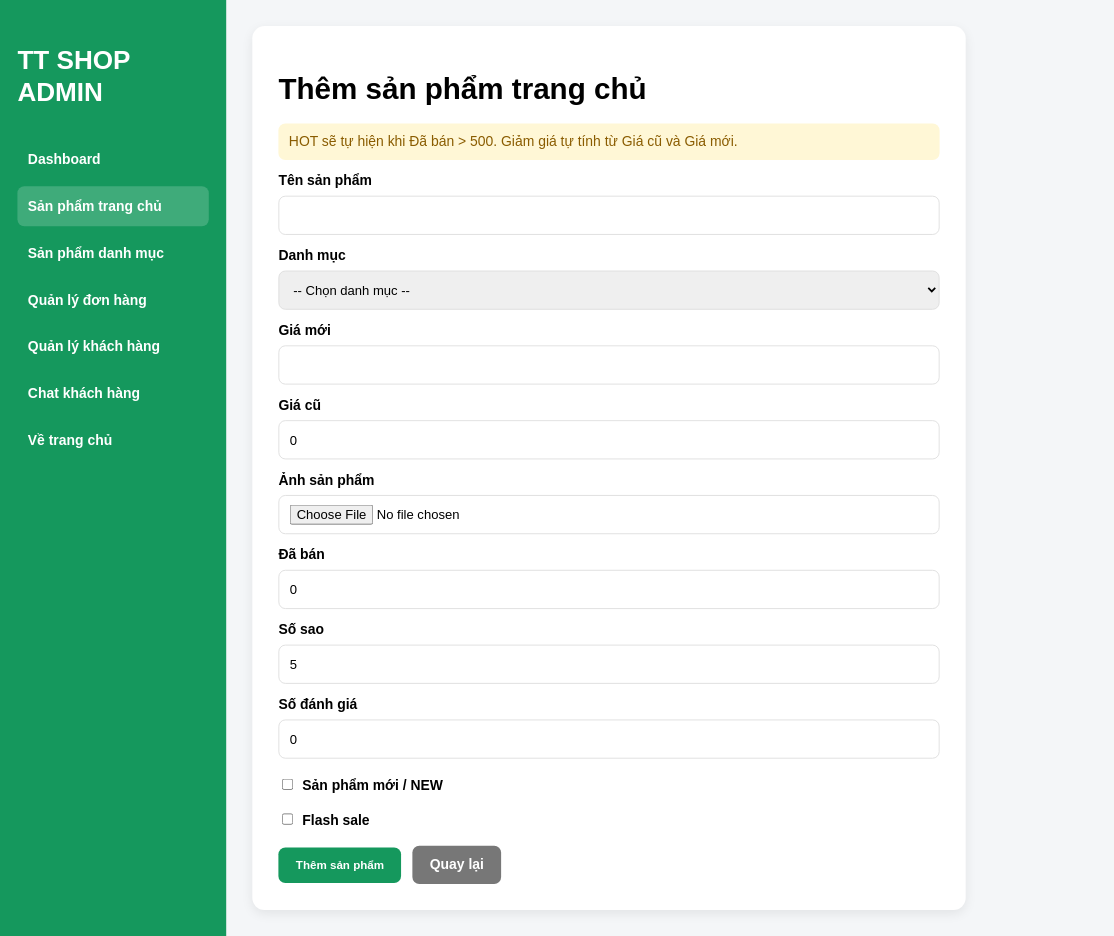
Repository: chuthimytam9a1920-ai/TTSHOP
Page: http://localhost/admin/add_product.php
The author's editor kept a copy of each file at every save. The page is drawn from the files as they stood at one save, then again after the next save.
The browser window is 1280 px wide. The pictures show the whole page, at 87% of full size.
The page is run by PHP 8.4 with error messages shown; the project is at /var/www/html/. The session is filled in as if someone had signed in: {"admin_login": true, "admin_id": 1, "admin_name": 1}. Other server files are loaded and not shown.

Above is the page before, as saved 2026-05-18 23:18:34.

### admin/add_product.php
<?php
include "check_admin.php";
include "../connect.php";

$error = "";

$cats = [
    'top-sale' => 'TOP SALE',
    'vpp' => 'Văn phòng phẩm',
    'vo-ghi' => 'Vở ghi - sổ tay',
    'but-viet' => 'Bút viết',
    'dung-cu' => 'Dụng cụ học tập',
    'balo' => 'Ba lô - Cặp sách',
    'may-tinh' => 'Máy tính cầm tay'
];

if ($_SERVER['REQUEST_METHOD'] === 'POST') {
    $name = trim($_POST['name'] ?? '');
    $category_id = trim($_POST['category_id'] ?? '');
    $price = (int)($_POST['price'] ?? 0);
    $old_price = (int)($_POST['old_price'] ?? 0);
    $sold_count = (int)($_POST['sold_count'] ?? 0);
    $star_count = (int)($_POST['star_count'] ?? 5);
    $review_count = (int)($_POST['review_count'] ?? 0);

    $is_flash_sale = isset($_POST['is_flash_sale']) ? 1 : 0;
    $is_new = isset($_POST['is_new']) ? 1 : 0;

    $imageName = "";

    if (!empty($_FILES['image']['name'])) {
        $imageName = time() . "_" . basename($_FILES['image']['name']);
        $target = "../images/" . $imageName;

        if (!move_uploaded_file($_FILES['image']['tmp_name'], $target)) {
            $error = "Lỗi tải ảnh lên.";
        }
    }

    if ($name === '' || $category_id === '' || $price <= 0 || $imageName === '') {
        $error = "Vui lòng nhập đầy đủ thông tin.";
    }

    if ($error === "") {
        $sql = "INSERT INTO products
                (name, category_id, price, old_price, image, sold_count, star_count, review_count, is_flash_sale, is_new)
                VALUES (?, ?, ?, ?, ?, ?, ?, ?, ?, ?)";

        $stmt = mysqli_prepare($conn, $sql);

        mysqli_stmt_bind_param(
            $stmt,
            "ssiisiiiii",
            $name,
            $category_id,
            $price,
            $old_price,
            $imageName,
            $sold_count,
            $star_count,
            $review_count,
            $is_flash_sale,
            $is_new
        );

        if (mysqli_stmt_execute($stmt)) {
            header("Location: products.php");
            exit();
        } else {
            $error = "Lỗi thêm sản phẩm: " . mysqli_error($conn);
        }
    }
}
?>

<!DOCTYPE html>
<html lang="vi">
<head>
    <meta charset="UTF-8">
    <title>Thêm sản phẩm trang chủ</title>

    <style>
        *{
            box-sizing:border-box;
        }

        body{
            margin:0;
            font-family:Arial;
            background:#f4f6f8;
        }

        .layout{
            display:grid;
            grid-template-columns:260px 1fr;
            min-height:100vh;
        }

        .sidebar{
            background:#15985d;
            color:white;
            padding:25px 20px;
        }

        .sidebar h2{
            font-size:30px;
            margin-bottom:35px;
            line-height:1.25;
        }

        .sidebar a{
            display:block;
            color:white;
            text-decoration:none;
            padding:14px 12px;
            border-radius:8px;
            margin-bottom:8px;
            font-weight:bold;
        }

        .sidebar a:hover,
        .sidebar a.active{
            background:rgba(255,255,255,.18);
        }

        .main{
            padding:30px;
        }

        .box{
            max-width:820px;
            background:white;
            padding:30px;
            border-radius:14px;
            box-shadow:0 4px 14px rgba(0,0,0,.08);
        }

        h1{
            font-size:34px;
            margin-bottom:20px;
        }

        label{
            display:block;
            font-weight:bold;
            margin-top:15px;
        }

        input,
        select{
            width:100%;
            height:45px;
            margin-top:8px;
            padding:0 12px;
            border:1px solid #ddd;
            border-radius:8px;
            font-size:15px;
        }

        input[type="file"]{
            padding:10px 12px;
        }

        .check{
            width:auto;
            height:auto;
            margin-right:6px;
        }

        button,
        .back{
            display:inline-block;
            background:#15985d;
            color:white;
            border:none;
            padding:13px 20px;
            border-radius:8px;
            font-weight:bold;
            text-decoration:none;
            cursor:pointer;
            margin-top:20px;
        }

        .back{
            background:#777;
            margin-left:8px;
        }

        .error{
            background:#ffe1e1;
            color:red;
            padding:12px;
            border-radius:8px;
            margin-bottom:15px;
            font-weight:bold;
        }

        .note{
            background:#fff7d6;
            color:#8a5c00;
            padding:12px;
            border-radius:8px;
            margin:15px 0;
        }
    </style>
</head>

<body>

<div class="layout">

    <?php
    $page = "products";
    include "sidebar.php";
    ?>

    <main class="main">

        <div class="box">

            <h1>Thêm sản phẩm trang chủ</h1>

            <?php if ($error) { ?>
                <div class="error">
                    <?php echo htmlspecialchars($error); ?>
                </div>
            <?php } ?>

            <div class="note">
                HOT sẽ tự hiện khi Đã bán &gt; 500. Giảm giá tự tính từ Giá cũ và Giá mới.
            </div>

            <form method="POST" enctype="multipart/form-data">

                <label>Tên sản phẩm</label>
                <input type="text" name="name" required>

                <label>Danh mục</label>
                <select name="category_id" required>
                    <option value="">-- Chọn danh mục --</option>

                    <?php foreach ($cats as $key => $label) { ?>
                        <option value="<?php echo $key; ?>">
                            <?php echo $label; ?>
                        </option>
                    <?php } ?>
                </select>

                <label>Giá mới</label>
                <input type="number" name="price" required>

                <label>Giá cũ</label>
                <input type="number" name="old_price" value="0">

                <label>Ảnh sản phẩm</label>
                <input type="file" name="image" accept="image/*" required>

                <label>Đã bán</label>
                <input type="number" name="sold_count" value="0">

                <label>Số sao</label>
                <input type="number" name="star_count" value="5" min="1" max="5">

                <label>Số đánh giá</label>
                <input type="number" name="review_count" value="0">

                <label>
                    <input class="check" type="checkbox" name="is_new" value="1">
                    Sản phẩm mới / NEW
                </label>

                <label>
                    <input class="check" type="checkbox" name="is_flash_sale" value="1">
                    Flash sale
                </label>

                <button type="submit">Thêm sản phẩm</button>
                <a href="products.php" class="back">Quay lại</a>

            </form>

        </div>

    </main>

</div>

</body>
</html>

### admin/check_admin.php
<?php
if (session_status() === PHP_SESSION_NONE) {
    session_start();
}

if (!isset($_SESSION['admin_login']) || $_SESSION['admin_login'] !== true) {
    header("Location: login.php");
    exit();
}
?>

### connect.php
<?php
$servername = "localhost";
$username = "root"; // Mặc định của XAMPP
$password = "";     // Mặc định XAMPP để trống
$dbname = "ttshop";

$conn = mysqli_connect($servername, $username, $password, $dbname);

if (!$conn) {
    die("Kết nối thất bại: " . mysqli_connect_error());
}
// Thiết lập tiếng Việt có dấu
mysqli_set_charset($conn, "utf8");
?>

### admin/sidebar.php
<aside class="sidebar">

    <h2>TT SHOP ADMIN</h2>

    <a href="index.php"
       class="<?php echo ($page == 'dashboard') ? 'active' : ''; ?>">
        Dashboard
    </a>

    <a href="products.php"
       class="<?php echo ($page == 'products') ? 'active' : ''; ?>">
        Sản phẩm trang chủ
    </a>

    <a href="category_products.php"
       class="<?php echo ($page == 'category_products') ? 'active' : ''; ?>">
        Sản phẩm danh mục
    </a>

    <a href="orders.php"
       class="<?php echo ($page == 'orders') ? 'active' : ''; ?>">
        Quản lý đơn hàng
    </a>

<a href="customers.php" class="<?php echo ($page == 'customers') ? 'active' : ''; ?>">
    Quản lý khách hàng
</a>
<a href="chat.php"
   class="<?php echo ($page == 'chat') ? 'active' : ''; ?>">
    Chat khách hàng
</a>
    <a href="../index.php">
        Về trang chủ
    </a>

</aside>

After the next save:
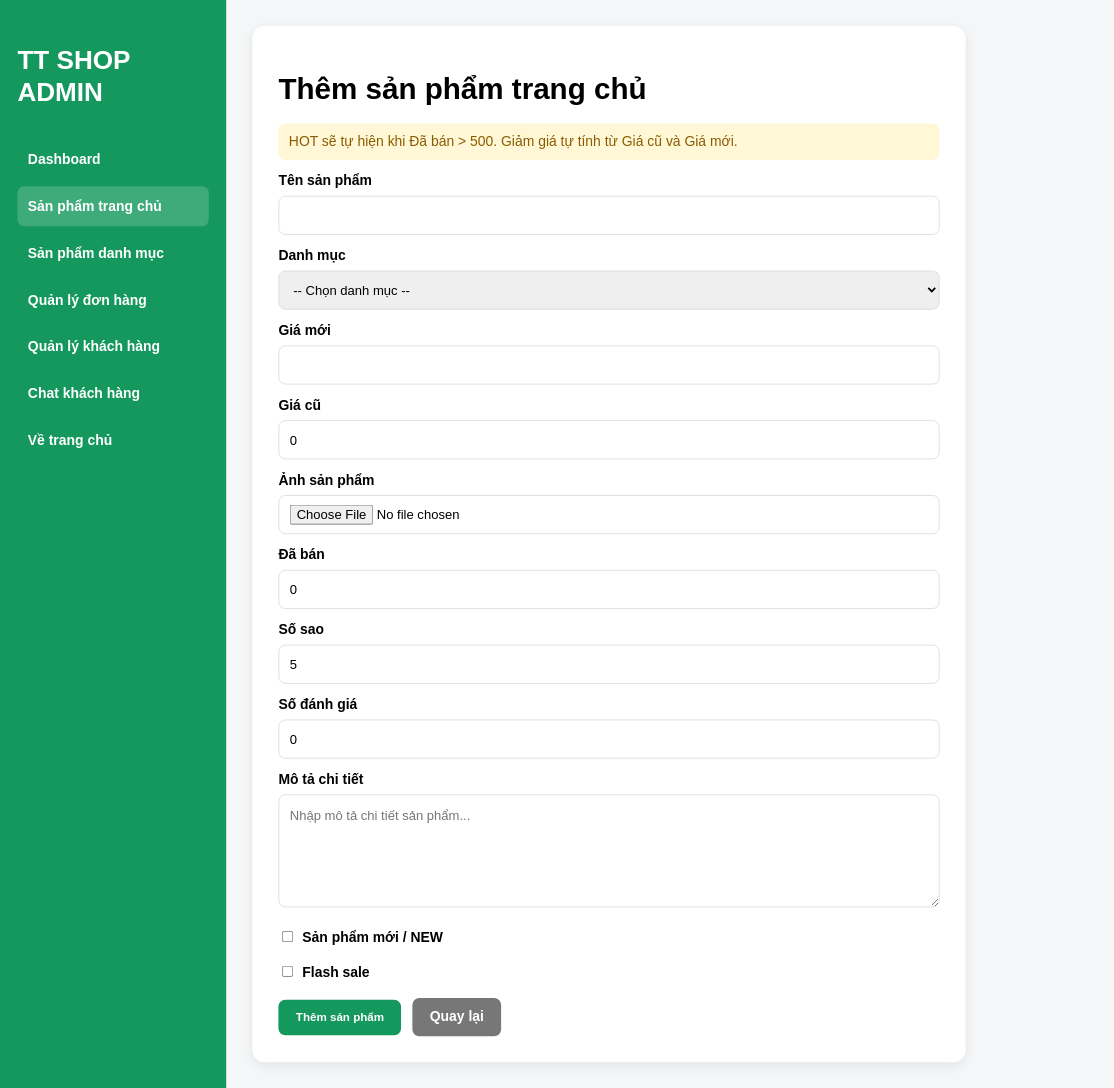
Saved 3 min 38 s later.
--- a/admin/add_product.php
+++ b/admin/add_product.php
@@ -22,6 +22,7 @@ if ($_SERVER['REQUEST_METHOD'] === 'POST') {
     $sold_count = (int)($_POST['sold_count'] ?? 0);
     $star_count = (int)($_POST['star_count'] ?? 5);
     $review_count = (int)($_POST['review_count'] ?? 0);
+    $mo_ta_chi_tiet = trim($_POST['mo_ta_chi_tiet'] ?? '');
 
     $is_flash_sale = isset($_POST['is_flash_sale']) ? 1 : 0;
     $is_new = isset($_POST['is_new']) ? 1 : 0;
@@ -43,14 +44,14 @@ if ($_SERVER['REQUEST_METHOD'] === 'POST') {
 
     if ($error === "") {
         $sql = "INSERT INTO products
-                (name, category_id, price, old_price, image, sold_count, star_count, review_count, is_flash_sale, is_new)
-                VALUES (?, ?, ?, ?, ?, ?, ?, ?, ?, ?)";
+                (name, category_id, price, old_price, image, sold_count, star_count, review_count, is_flash_sale, is_new, mo_ta_chi_tiet)
+                VALUES (?, ?, ?, ?, ?, ?, ?, ?, ?, ?, ?)";
 
         $stmt = mysqli_prepare($conn, $sql);
 
         mysqli_stmt_bind_param(
             $stmt,
-            "ssiisiiiii",
+            "ssiisiiiiis",
             $name,
             $category_id,
             $price,
@@ -60,7 +61,8 @@ if ($_SERVER['REQUEST_METHOD'] === 'POST') {
             $star_count,
             $review_count,
             $is_flash_sale,
-            $is_new
+            $is_new,
+            $mo_ta_chi_tiet
         );
 
         if (mysqli_stmt_execute($stmt)) {
@@ -147,18 +149,30 @@ if ($_SERVER['REQUEST_METHOD'] === 'POST') {
         }
 
         input,
+        select,
+        textarea{
+            width:100%;
+            margin-top:8px;
+            padding:12px;
+            border:1px solid #ddd;
+            border-radius:8px;
+            font-size:15px;
+            font-family:Arial;
+        }
+
+        input,
         select{
-            width:100%;
             height:45px;
-            margin-top:8px;
-            padding:0 12px;
-            border:1px solid #ddd;
-            border-radius:8px;
-            font-size:15px;
         }
 
         input[type="file"]{
             padding:10px 12px;
+        }
+
+        textarea{
+            min-height:130px;
+            resize:vertical;
+            line-height:1.5;
         }
 
         .check{
@@ -240,8 +254,8 @@ if ($_SERVER['REQUEST_METHOD'] === 'POST') {
                     <option value="">-- Chọn danh mục --</option>
 
                     <?php foreach ($cats as $key => $label) { ?>
-                        <option value="<?php echo $key; ?>">
-                            <?php echo $label; ?>
+                        <option value="<?php echo htmlspecialchars($key); ?>">
+                            <?php echo htmlspecialchars($label); ?>
                         </option>
                     <?php } ?>
                 </select>
@@ -263,6 +277,9 @@ if ($_SERVER['REQUEST_METHOD'] === 'POST') {
 
                 <label>Số đánh giá</label>
                 <input type="number" name="review_count" value="0">
+
+                <label>Mô tả chi tiết</label>
+                <textarea name="mo_ta_chi_tiet" placeholder="Nhập mô tả chi tiết sản phẩm..."></textarea>
 
                 <label>
                     <input class="check" type="checkbox" name="is_new" value="1">
